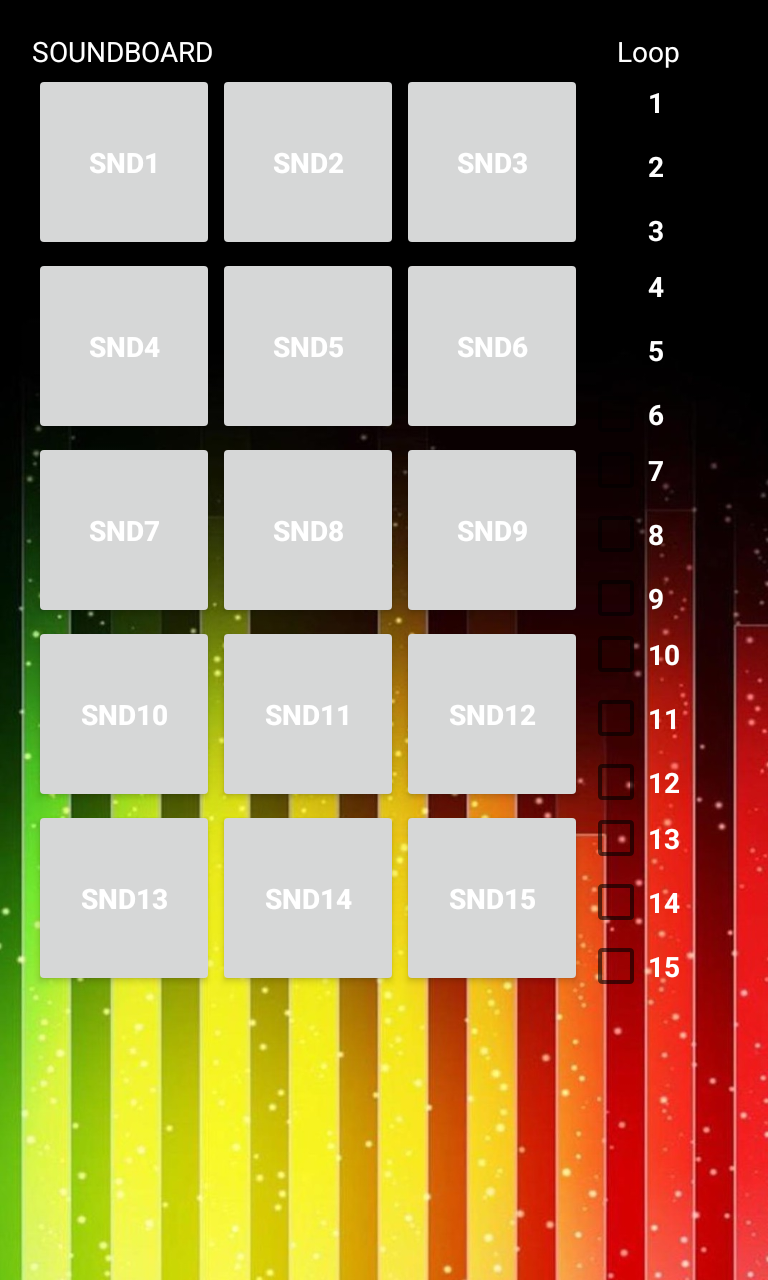
Repository: SoundBoardJAMJ/Project
Layout: workspace/SoundBoard/res/layout/defboard.xml
The author's editor kept a copy of each file at every save. The layout is drawn from the files as they stood at one save, then again after the next save.
It is drawn on a 768 x 1280 px phone screen (xhdpi) without system bars, with theme AppTheme; the app's code is not run.

Above is the layout before, as saved 2014-05-02 06:57:06.

### workspace/SoundBoard/res/layout/defboard.xml
<ScrollView xmlns:android="http://schemas.android.com/apk/res/android"
xmlns:tools="http://schemas.android.com/tools"
android:layout_width="match_parent"
android:background="@drawable/image2"
android:layout_height="match_parent" >

<RelativeLayout
    android:layout_width="match_parent"
    android:layout_height="600dp"
    android:paddingBottom="@dimen/activity_vertical_margin"
    android:paddingLeft="@dimen/activity_horizontal_margin"
    android:paddingRight="@dimen/activity_horizontal_margin"
    android:paddingTop="@dimen/activity_vertical_margin"
    tools:context="com.example.soundtest.DefBoard$PlaceholderFragment" >

    <TextView
        android:id="@+id/textView1"
        android:layout_width="wrap_content"
        android:layout_height="wrap_content"
        android:textColor="@android:color/white"
        android:alpha="1.0"
        android:text="SOUNDBOARD" />

    <Button
        android:id="@+id/button1"
        android:layout_width="92dp"
        android:layout_height="92dp"
        android:layout_alignLeft="@+id/textView1"
        android:layout_below="@+id/textView1"
        android:onClick="ButtonOnClick"
        android:textColor="@android:color/white"
        android:alpha="1.0"
        android:textStyle="bold"
        android:text="snd1" />

    <Button
        android:id="@+id/button3"
        android:layout_width="92dp"
        android:layout_height="92dp"
        android:layout_alignBaseline="@+id/button2"
        android:layout_alignBottom="@+id/button2"
        android:layout_toRightOf="@+id/button2"
        android:onClick="ButtonOnClick"
        android:textColor="@android:color/white"
        android:alpha="1.0"
        android:textStyle="bold"
        android:text="snd3" />

    <Button
        android:id="@+id/button2"
        android:layout_width="92dp"
        android:layout_height="92dp"
        android:layout_alignBaseline="@+id/button1"
        android:layout_alignBottom="@+id/button1"
        android:layout_toRightOf="@+id/button1"
        android:onClick="ButtonOnClick"
        android:textColor="@android:color/white"
        android:alpha="1.0"
        android:textStyle="bold"
        android:text="snd2" />

    <Button
        android:id="@+id/button8"
        android:layout_width="92dp"
        android:layout_height="92dp"
        android:layout_alignBaseline="@+id/button7"
        android:layout_alignBottom="@+id/button7"
        android:layout_toRightOf="@+id/button4"
        android:onClick="ButtonOnClick"
        android:textColor="@android:color/white"
        android:alpha="1.0"
        android:textStyle="bold"
        android:text="snd8" />

    <Button
        android:id="@+id/button7"
        android:layout_width="92dp"
        android:layout_height="92dp"
        android:layout_below="@+id/button4"
        android:layout_toLeftOf="@+id/button8"
        android:onClick="ButtonOnClick"
        android:textColor="@android:color/white"
        android:alpha="1.0"
        android:textStyle="bold"
        android:text="snd7" />

    <Button
        android:id="@+id/button6"
        android:layout_width="92dp"
        android:layout_height="92dp"
        android:layout_alignBaseline="@+id/button5"
        android:layout_alignBottom="@+id/button5"
        android:layout_toRightOf="@+id/button5"
        android:onClick="ButtonOnClick"
        android:textColor="@android:color/white"
        android:alpha="1.0"
        android:textStyle="bold"
        android:text="snd6" />

    <Button
        android:id="@+id/button9"
        android:layout_width="92dp"
        android:layout_height="92dp"
        android:layout_alignBaseline="@+id/button8"
        android:layout_alignBottom="@+id/button8"
        android:layout_alignLeft="@+id/button6"
        android:onClick="ButtonOnClick"
        android:textColor="@android:color/white"
        android:alpha="1.0"
        android:textStyle="bold"
        android:text="snd9" />

    <Button
        android:id="@+id/button5"
        android:layout_width="92dp"
        android:layout_height="92dp"
        android:layout_below="@+id/button1"
        android:layout_toRightOf="@+id/button1"
        android:onClick="ButtonOnClick"
        android:textColor="@android:color/white"
        android:alpha="1.0"
        android:textStyle="bold"
        android:text="snd5" />

    <Button
        android:id="@+id/button10"
        android:layout_width="92dp"
        android:layout_height="92dp"
        android:layout_alignParentLeft="true"
        android:layout_below="@+id/button7"
        android:onClick="ButtonOnClick"
        android:textColor="@android:color/white"
        android:alpha="1.0"
        android:textStyle="bold"
        android:text="snd10" />

    <Button
        android:id="@+id/button11"
        android:layout_width="92dp"
        android:layout_height="92dp"
        android:layout_alignBaseline="@+id/button10"
        android:layout_alignBottom="@+id/button10"
        android:layout_toRightOf="@+id/button10"
        android:onClick="ButtonOnClick"
        android:textColor="@android:color/white"
        android:alpha="1.0"
        android:textStyle="bold"
        android:text="snd11" />

    <Button
        android:id="@+id/button13"
        android:layout_width="92dp"
        android:layout_height="92dp"
        android:layout_alignParentLeft="true"
        android:layout_below="@+id/button10"
        android:onClick="ButtonOnClick"
        android:textColor="@android:color/white"
        android:alpha="1.0"
        android:textStyle="bold"
        android:text="snd13" />

    <Button
        android:id="@+id/button14"
        android:layout_width="92dp"
        android:layout_height="92dp"
        android:layout_below="@+id/button10"
        android:layout_toLeftOf="@+id/button12"
        android:alpha="1.0"
        android:onClick="ButtonOnClick"
        android:text="snd14"
        android:textColor="@android:color/white"
        android:textStyle="bold" />

    <Button
        android:id="@+id/button15"
        android:layout_width="92dp"
        android:layout_height="92dp"
        android:layout_below="@+id/button11"
        android:layout_toRightOf="@+id/button14"
        android:alpha="1.0"
        android:onClick="ButtonOnClick"
        android:text="snd15"
        android:textColor="@android:color/white"
        android:textStyle="bold" />

    <Button
        android:id="@+id/button12"
        android:layout_width="92dp"
        android:layout_height="92dp"
        android:layout_below="@+id/button8"
        android:layout_toRightOf="@+id/button11"
        android:onClick="ButtonOnClick"
        android:textColor="@android:color/white"
        android:alpha="1.0"
        android:textStyle="bold"
        android:text="snd12" />

    <Button
        android:id="@+id/button4"
        android:layout_width="92dp"
        android:layout_height="92dp"
        android:layout_alignBaseline="@+id/button5"
        android:layout_alignBottom="@+id/button5"
        android:layout_toLeftOf="@+id/button5"
        android:onClick="ButtonOnClick"
        android:textColor="@android:color/white"
        android:alpha="1.0"
        android:textStyle="bold"
        android:text="snd4" />

    <CheckBox
        android:id="@+id/checkBox1"
        android:layout_width="wrap_content"
        android:layout_height="wrap_content"
        android:layout_alignTop="@+id/button3"
        android:layout_toRightOf="@+id/button3"
        android:alpha="1.0"
        android:onClick="TogOnClick"
        android:text="1"
        android:textColor="@android:color/white"
        android:textStyle="bold" />

    <CheckBox
        android:id="@+id/checkBox2"
        android:layout_width="wrap_content"
        android:layout_height="wrap_content"
        android:layout_below="@+id/checkBox1"
        android:layout_toRightOf="@+id/button3"
        android:onClick="TogOnClick"
        android:textColor="@android:color/white"
        android:alpha="1.0"
        android:textStyle="bold"
        android:text="2" />

    <CheckBox
        android:id="@+id/checkBox3"
        android:layout_width="wrap_content"
        android:layout_height="wrap_content"
        android:layout_alignLeft="@+id/checkBox2"
        android:layout_below="@+id/checkBox2"
        android:onClick="TogOnClick"
        android:textColor="@android:color/white"
        android:alpha="1.0"
        android:textStyle="bold"
        android:text="3" />

    <CheckBox
        android:id="@+id/checkBox4"
        android:layout_width="wrap_content"
        android:layout_height="wrap_content"
        android:layout_alignTop="@+id/button6"
        android:layout_toRightOf="@+id/button6"
        android:onClick="TogOnClick"
        android:textColor="@android:color/white"
        android:alpha="1.0"
        android:textStyle="bold"
        android:text="4" />

    <CheckBox
        android:id="@+id/checkBox5"
        android:layout_width="wrap_content"
        android:layout_height="wrap_content"
        android:layout_below="@+id/checkBox4"
        android:layout_toRightOf="@+id/button6"
        android:onClick="TogOnClick"
        android:textColor="@android:color/white"
        android:alpha="1.0"
        android:textStyle="bold"
        android:text="5" />

    <CheckBox
        android:id="@+id/checkBox6"
        android:layout_width="wrap_content"
        android:layout_height="wrap_content"
        android:layout_below="@+id/checkBox5"
        android:layout_toRightOf="@+id/button6"
        android:onClick="TogOnClick"
        android:textColor="@android:color/white"
        android:alpha="1.0"
        android:textStyle="bold"
        android:text="6" />

    <CheckBox
        android:id="@+id/checkBox7"
        android:layout_width="wrap_content"
        android:layout_height="wrap_content"
        android:layout_alignTop="@+id/button9"
        android:layout_toRightOf="@+id/button9"
        android:onClick="TogOnClick"
        android:textColor="@android:color/white"
        android:alpha="1.0"
        android:textStyle="bold"
        android:text="7" />

    <CheckBox
        android:id="@+id/checkBox8"
        android:layout_width="wrap_content"
        android:layout_height="wrap_content"
        android:layout_below="@+id/checkBox7"
        android:layout_toRightOf="@+id/button9"
        android:onClick="TogOnClick"
        android:textColor="@android:color/white"
        android:alpha="1.0"
        android:textStyle="bold"
        android:text="8" />

    <CheckBox
        android:id="@+id/checkBox9"
        android:layout_width="wrap_content"
        android:layout_height="wrap_content"
        android:layout_below="@+id/checkBox8"
        android:layout_toRightOf="@+id/button9"
        android:onClick="TogOnClick"
        android:textColor="@android:color/white"
        android:alpha="1.0"
        android:textStyle="bold"
        android:text="9" />

    <CheckBox
        android:id="@+id/checkBox10"
        android:layout_width="wrap_content"
        android:layout_height="wrap_content"
        android:layout_alignTop="@+id/button12"
        android:layout_toRightOf="@+id/button12"
        android:onClick="TogOnClick"
        android:textColor="@android:color/white"
        android:alpha="1.0"
        android:textStyle="bold"
        android:text="10" />

    <CheckBox
        android:id="@+id/checkBox11"
        android:layout_width="wrap_content"
        android:layout_height="wrap_content"
        android:layout_below="@+id/checkBox10"
        android:layout_toRightOf="@+id/button12"
        android:onClick="TogOnClick"
        android:textColor="@android:color/white"
        android:alpha="1.0"
        android:textStyle="bold"
        android:text="11" />

    <CheckBox
        android:id="@+id/checkBox12"
        android:layout_width="wrap_content"
        android:layout_height="wrap_content"
        android:layout_alignLeft="@+id/checkBox11"
        android:layout_below="@+id/checkBox11"
        android:onClick="TogOnClick"
        android:textColor="@android:color/white"
        android:alpha="1.0"
        android:textStyle="bold"
        android:text="12" />

    <CheckBox
        android:id="@+id/checkBox13"
        android:layout_width="wrap_content"
        android:layout_height="wrap_content"
        android:layout_alignTop="@+id/button15"
        android:layout_toRightOf="@+id/button15"
        android:onClick="TogOnClick"
        android:textColor="@android:color/white"
        android:alpha="1.0"
        android:textStyle="bold"
        android:text="13" />

    <CheckBox
        android:id="@+id/checkBox14"
        android:layout_width="wrap_content"
        android:layout_height="wrap_content"
        android:layout_below="@+id/checkBox13"
        android:layout_toRightOf="@+id/button15"
        android:onClick="TogOnClick"
        android:textColor="@android:color/white"
        android:alpha="1.0"
        android:textStyle="bold"
        android:text="14" />

    <CheckBox
        android:id="@+id/checkBox15"
        android:layout_width="wrap_content"
        android:layout_height="wrap_content"
        android:layout_below="@+id/checkBox14"
        android:layout_toRightOf="@+id/button15"
        android:onClick="TogOnClick"
        android:textColor="@android:color/white"
        android:alpha="1.0"
        android:textStyle="bold"
        android:text="15" />

    <TextView
        android:id="@+id/textView2"
        android:layout_width="wrap_content"
        android:layout_height="wrap_content"
        android:layout_alignBottom="@+id/textView1"
        android:layout_alignRight="@+id/checkBox10"
        android:textColor="@android:color/white"
        android:alpha="1.0"
        android:text="Loop" />

</RelativeLayout>
</ScrollView>

Loaded but not shown: workspace/SoundBoard/res/values/styles.xml (common file); workspace/SoundBoard/res/values-v11/styles.xml (common file); workspace/SoundBoard/res/values-v14/styles.xml (common file); workspace/SoundBoard/res/values/dimens.xml (common file); workspace/SoundBoard/res/values-w820dp/dimens.xml (common file)

After the next save:
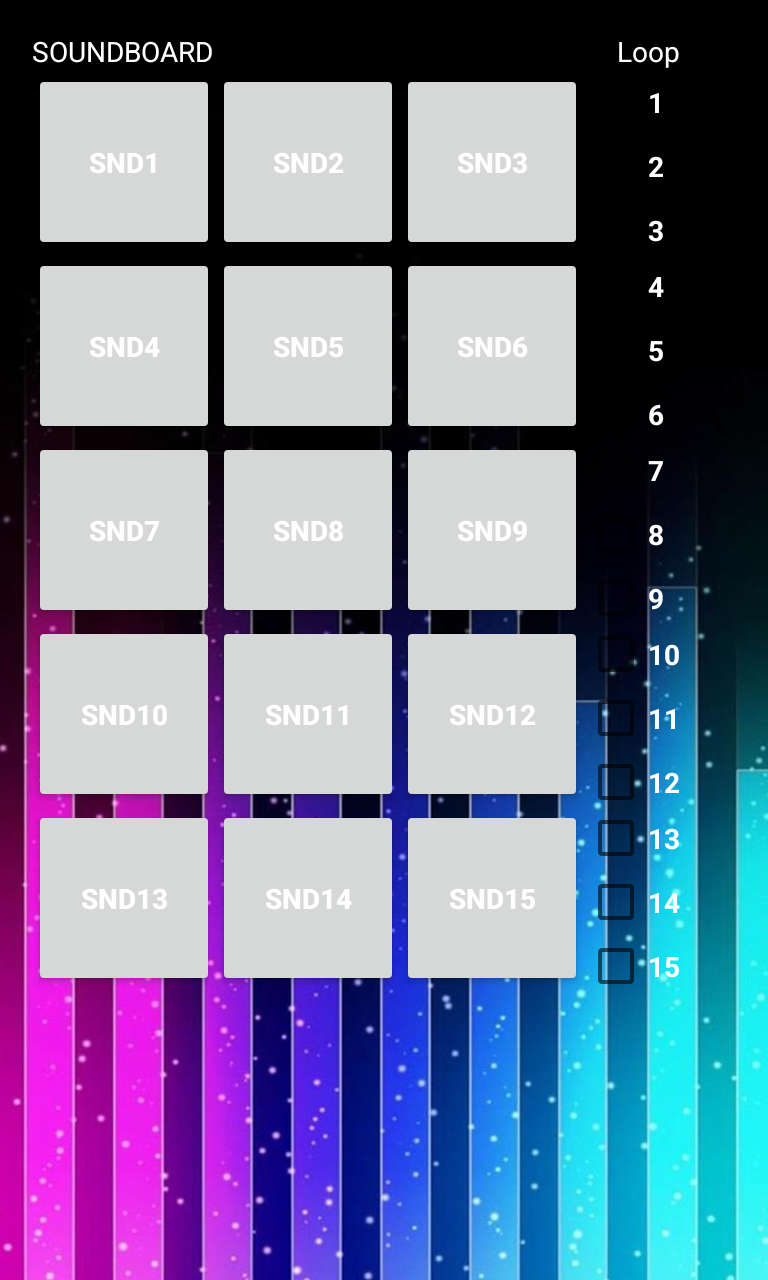
Saved 20 s later.
--- a/workspace/SoundBoard/res/layout/defboard.xml
+++ b/workspace/SoundBoard/res/layout/defboard.xml
@@ -1,7 +1,7 @@
 <ScrollView xmlns:android="http://schemas.android.com/apk/res/android"
 xmlns:tools="http://schemas.android.com/tools"
 android:layout_width="match_parent"
-android:background="@drawable/image2"
+android:background="@drawable/image1"
 android:layout_height="match_parent" >
 
 <RelativeLayout
